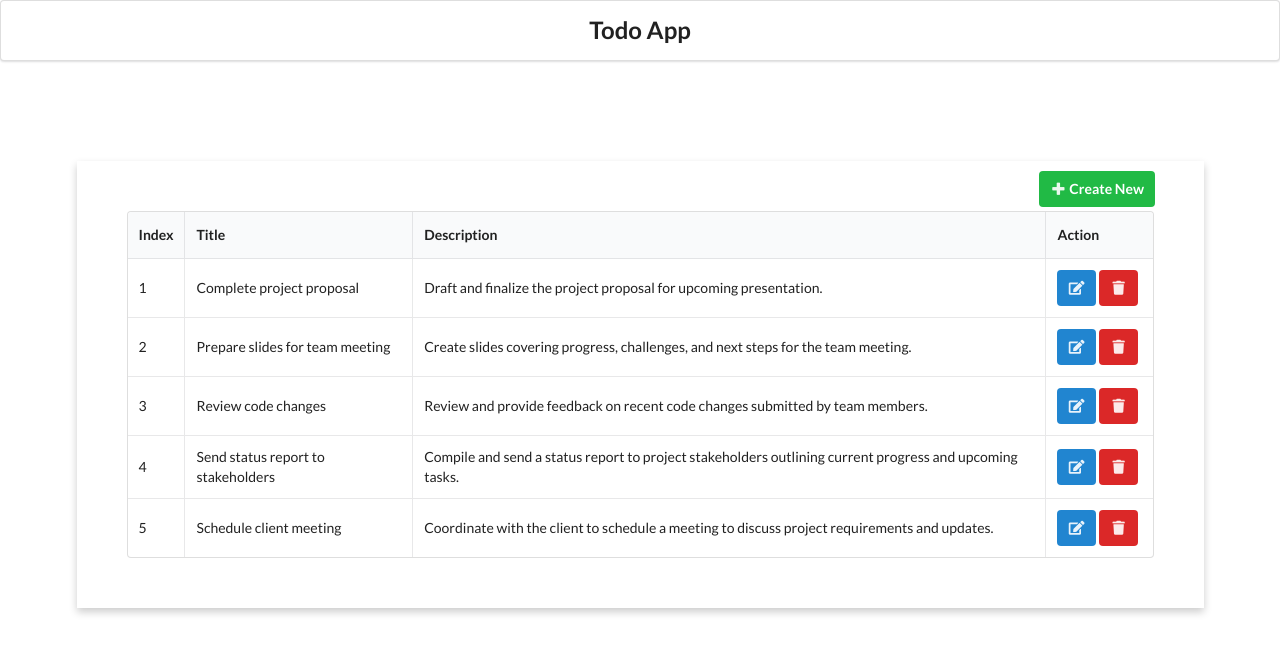
Repository: Wahid137/todo-app
Page: /
An editor plug-in stored every save of this project. The page is shown before and after the next save, followed by the edit.
The browser window is 1280 px wide. The pictures show the whole page.
The project was rebuilt for these pictures with package versions that can differ from the ones it lists, and the page was loaded fresh each time. Also part of the build but not shown: src/App.css, src/index.css.

Above is the page before, as saved 2024-05-03 10:46:59.

After the next save:
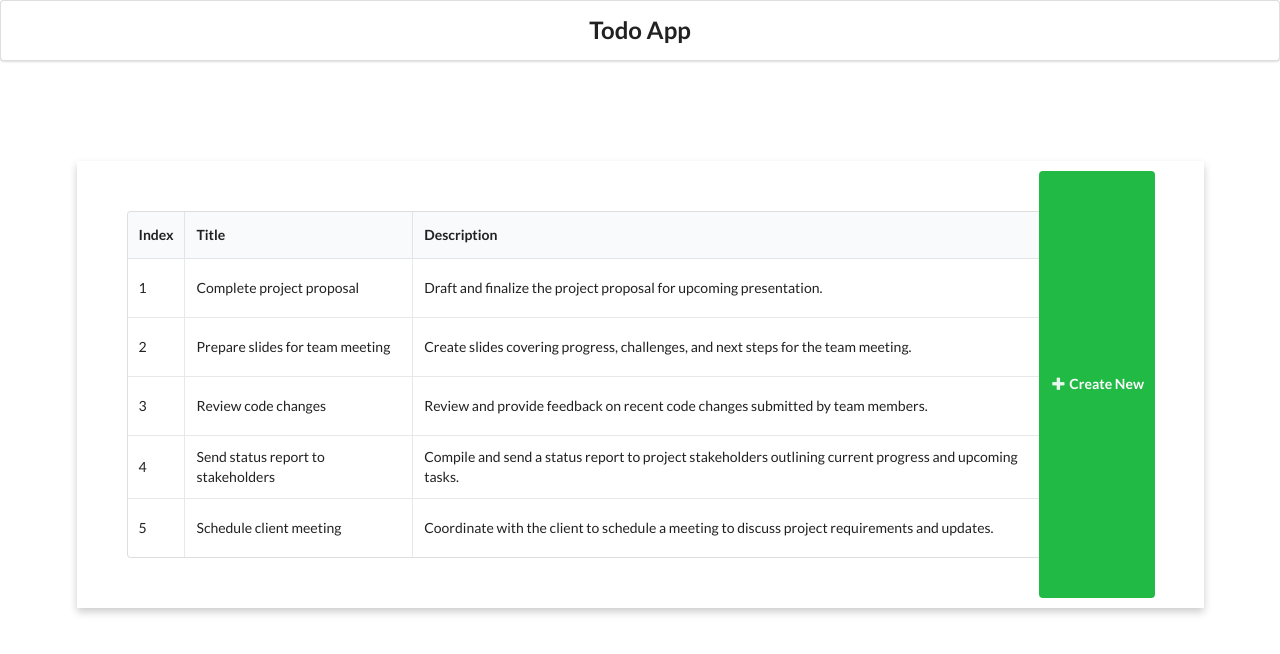
Saved 32 s later.
--- a/src/components/TodoListPage.js
+++ b/src/components/TodoListPage.js
@@ -41,7 +41,7 @@
                 <h2 style={{ textAlign: 'center' }}>Todo App</h2>
             </Segment>
             <Container style={{ boxShadow: '0 4px 8px 0 rgba(0, 0, 0, 0.2)', padding: '50px', marginTop: '100px', position: 'relative' }}>
-                <Button icon color='green' onClick={handleCreateNew} style={{ position: 'absolute', right: '45px', top: '10px', zIndex: '1' }}>
+                <Button icon color='green' onClick={handleCreateNew} style={{ position: 'absolute', right: '45px', top: '10px', bottom: '10px', zIndex: '1' }}>
                     <Icon name='add' /> Create New
                 </Button>
                 {showMessage &&

After the save that followed:
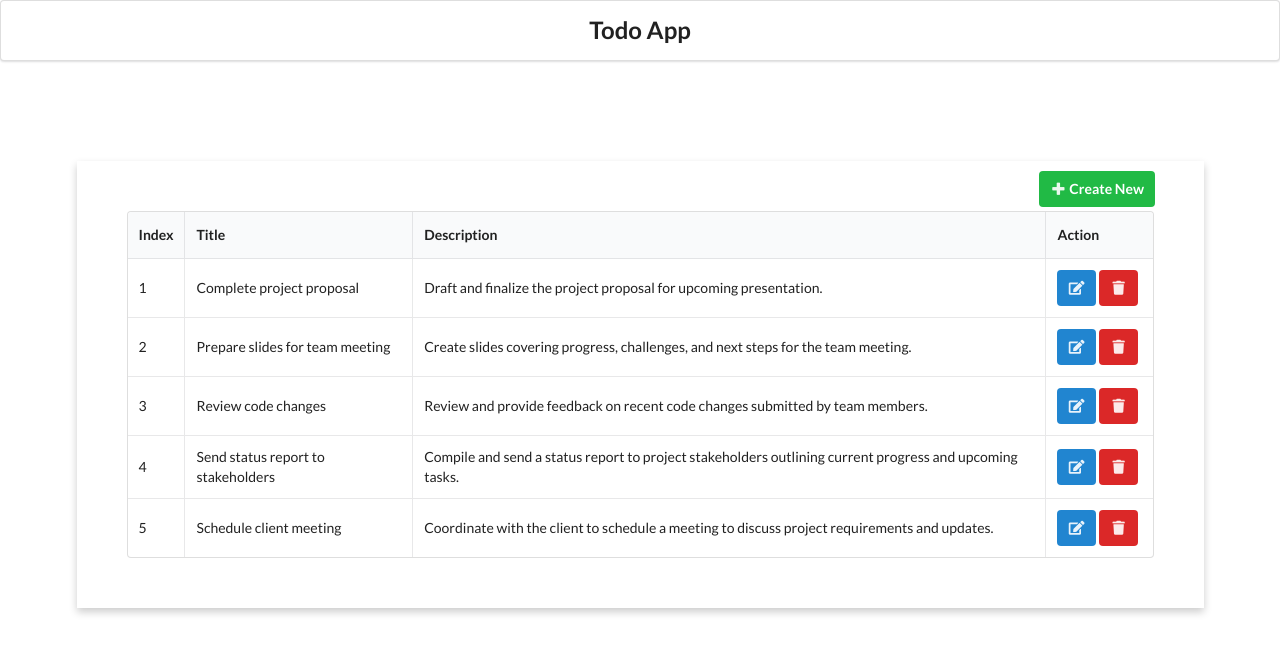
Saved 11 s later.
--- a/src/components/TodoListPage.js
+++ b/src/components/TodoListPage.js
@@ -41,7 +41,7 @@
                 <h2 style={{ textAlign: 'center' }}>Todo App</h2>
             </Segment>
             <Container style={{ boxShadow: '0 4px 8px 0 rgba(0, 0, 0, 0.2)', padding: '50px', marginTop: '100px', position: 'relative' }}>
-                <Button icon color='green' onClick={handleCreateNew} style={{ position: 'absolute', right: '45px', top: '10px', bottom: '10px', zIndex: '1' }}>
+                <Button icon color='green' onClick={handleCreateNew} style={{ position: 'absolute', right: '45px', top: '10px', zIndex: '1' }}>
                     <Icon name='add' /> Create New
                 </Button>
                 {showMessage &&
